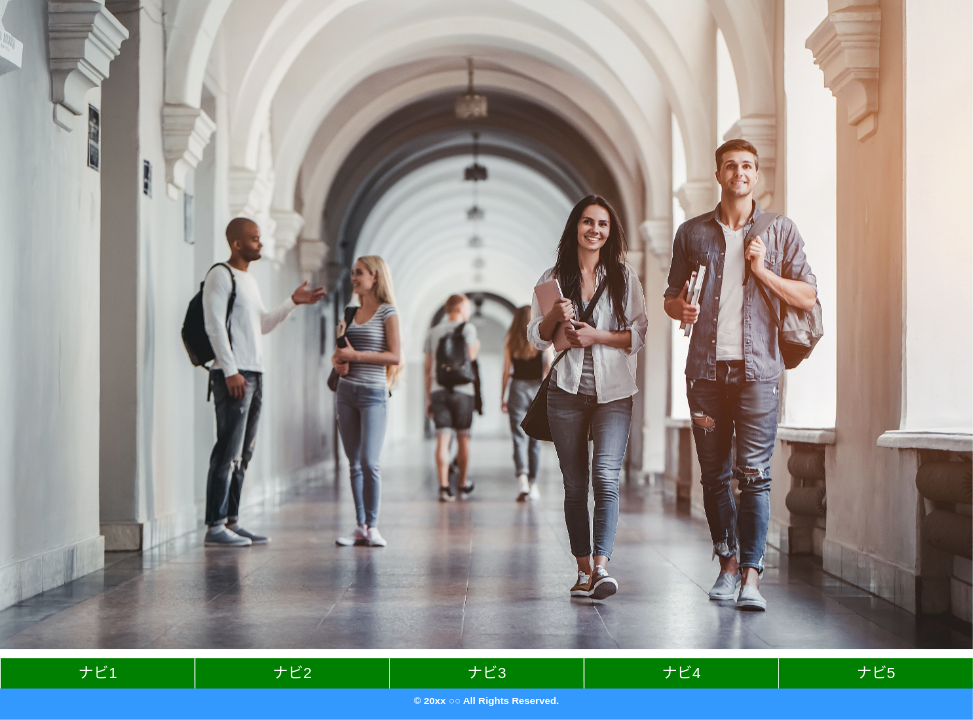
Repository: sug187/samurai_HTML-CSS
Page: html/home.html
The author's editor kept a record of every edit. The page is drawn from the files as they stood at one moment, then again after the next edit.
The browser window is 1280 px wide. The pictures show the whole page, at 76% of full size.
Pictures or frames that could not be fetched are drawn as grey boxes.

Above is the page before.

### html/home.html
<!DOCTYPE html>
<html lang="ja">
    <head>
        <meta charset="UTF-8">
        <title>HTML/CSSの学習</title>
        <link rel="stylesheet" href="stylesheet.css">
    </head>
    <body>
        <div id="header">
            <h1><a href="index.html"><img id="corridor" src="images/corridor.jpg" alt="大学の廊下" /></a></h1>
        </div>
        <div id="wrapper">
            <div id="nav">
                <ul>
                    <li><a href="home.html">ナビ1</a></li>
                    <li><a href="#">ナビ2</a></li>
                    <li><a href="#">ナビ3</a></li>
                    <li><a href="#">ナビ4</a></li>
                    <li><a href="#">ナビ5</a></li>
                </ul>
            </div>
        </div>
        <div id="footer">
            <p>&copy; 20xx ○○ All Rights Reserved.</p>
        </div>
    </body>
</html>

### html/stylesheet.css
@charset "utf-8";

body {
	margin: 0;
	padding: 0;
	font-family: "ヒラギノ角ゴ Pro W3", "Hiragino Kaku Gothic Pro", "メイリオ", Meiryo, Osaka, "ＭＳ Ｐゴシック", "MS PGothic", sans-serif;
	color: #333;
	font-size: 13px;
	line-height: 150%;
}

/* -------------------- wrapper -------------------- */
#wrapper {
    width: 100%;
    margin: auto;
    padding: 0px;
    border: 0px;
    background-color: #FFF;
    top: 10px;
    position: relative;
}

/* -------------------- header -------------------- */
#header {
    width: 100%;
}
#header h1 {
    margin: 0;
    padding: 0;
}

#corridor {
    width: 100%;
    height: auto;
}

/* -------------------- footer -------------------- */
#footer {
    clear: both;
    width: 100%;
    padding: 3px 0 3px 0;
    background: #39F;
    color: #FFF;
    font-weight: bold;
    text-align: center;
}

/* -------------------- nav -------------------- */
#nav {
	width: 100%;
}
#nav ul {
	margin: 0;
	padding: 0;
	list-style-type: none;
}
#nav ul li {
	float: left;
	width: 20%;
	text-align: center;
}
#nav ul li a {
	display: block;
	height: 20px;
	margin: 0;
	padding: 10px;
	color: #FFF;
	font-size: 20px;
	text-decoration: none;
	background-color: green;
    border-left: 1px solid white;
}

/* -------------------- container -------------------- */
#container {
	width: 100%;
	margin: auto ;
	padding: auto;
	padding-top: 20px;
	clear: both;
}
/* -------------------- main -------------------- */
#main {
    float: left;
	width: 60%;
	padding: 10px 30px 10px 10px;
}
#main h2 {
	margin: 0 0 10px 0;
	padding: 3px 10px 3px 10px;
	color: #FFF;
	font-size: 16px;
	border-left: solid 10px #C00;
	background: #F90 url(../images/main_h2.jpg) right top repeat-y;
}
#main p {
	margin: 0;
	padding: 0;
}
#main .post {
	margin: 0 0 30px 0;
}

#main .post img.right {
	margin: 0 0 0 8px;
}
#main .post img.left {
	margin: 0 8px 0 0;
}

.right {
	float: right;
	width: 40%;
	height: auto;
}
.left {
	float: left;
	width: 40%;
	height: auto;
}

/* -------------------- clearfix -------------------- */
.clearfix {
	zoom: 1;
}
.clearfix:after{
	content: "";
	display: block;
	clear: both;
}

/* -------------------- side -------------------- */
#side {
	float: right;
	width: 30%;
	padding: 20px;
	background-color: #F99;
}
#side .box {
	margin: 0 auto 30px auto;
	padding: 0 0 20px 0;
	background: url(images/side_box.png) bottom no-repeat;
}
#side .box h2 {
	margin: 0;
	padding: 8px;
	text-align: center;
	color: #fff;
	font-size: 16px;
	line-height: 16px;
	font-weight: normal;
	background: url(images/side_box_h2.png) center no-repeat;
}
#side .box .boxBody {
	padding: 8px;
	border-right: solid 1px #C36;
	border-bottom: solid 1px #C36;
	border-left: solid 1px #C36;
	background: #fff;
}
#side .box .boxBody ul {
	margin: 0 0 16px 0;
	padding: 0;
}
#side .box .boxBody ul li {
	padding: 8px 0 8px 4px;
	list-style: none;
	border-bottom: solid 1px #C36;
}

After the next edit:
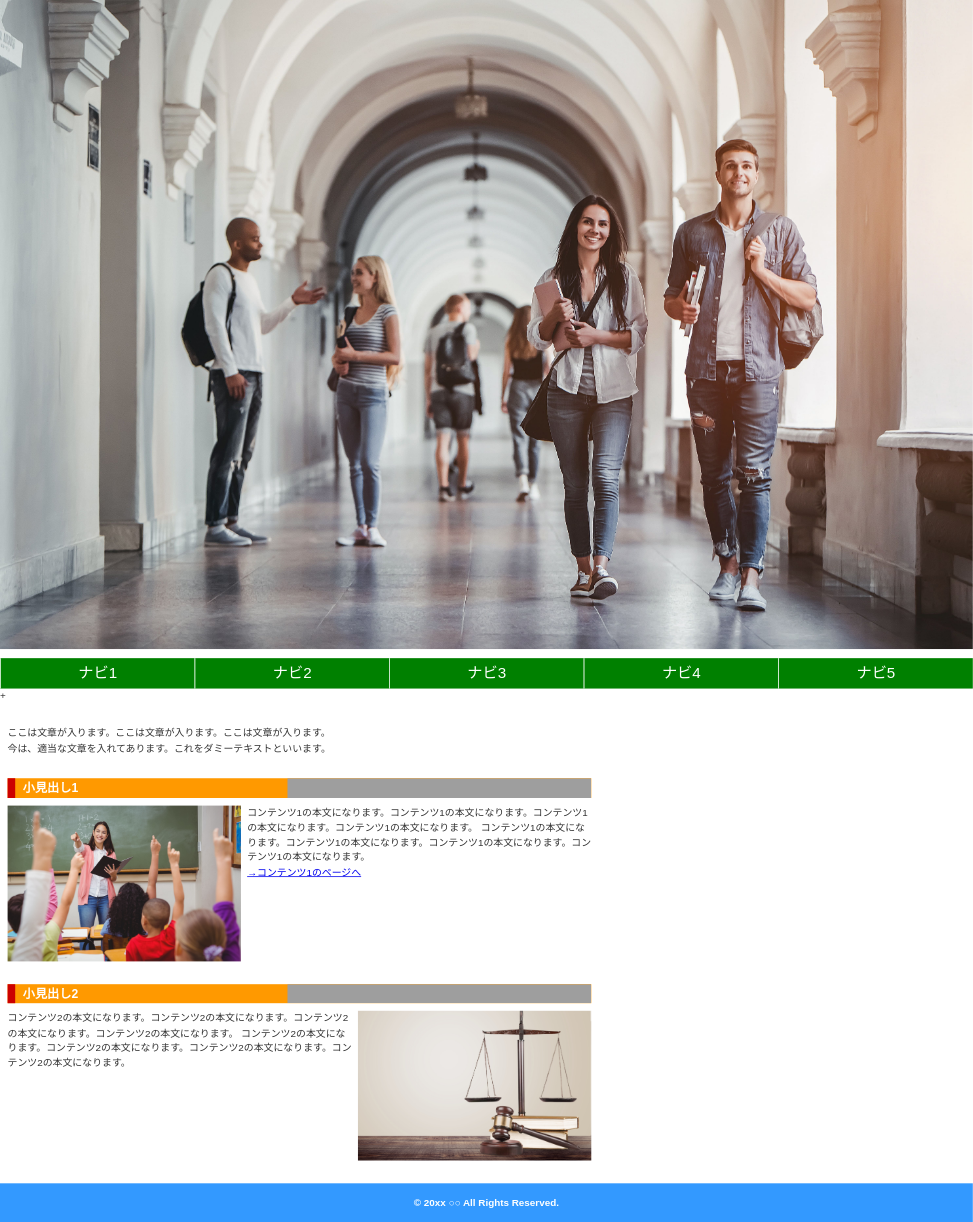
The edit:
--- a/html/home.html
+++ b/html/home.html
@@ -19,6 +19,30 @@
                     <li><a href="#">ナビ5</a></li>
                 </ul>
             </div>
+            +            <div id="container">
+                <div id="main">
+                    <div class="post">
+                        <p>ここは文章が入ります。ここは文章が入ります。ここは文章が入ります。<br />今は、適当な文章を入れてあります。これをダミーテキストといいます。</p>
+                    </div>
+                    <div class="post clearfix">
+                        <h2>小見出し1</h2>
+                        <img class="left" src="images/classroom.jpg" alt="授業風景" />
+                        <p>
+                            コンテンツ1の本文になります。コンテンツ1の本文になります。コンテンツ1の本文になります。コンテンツ1の本文になります。
+                            コンテンツ1の本文になります。コンテンツ1の本文になります。コンテンツ1の本文になります。コンテンツ1の本文になります。
+                        </p>
+                        <p><a href="#">→コンテンツ1のページへ</a></p>
+                    </div>
+                    <div class="post clearfix">
+                        <h2>小見出し2</h2>
+                        <img class="right" src="images/scale.jpg" alt="天秤" />
+                        <p>
+                            コンテンツ2の本文になります。コンテンツ2の本文になります。コンテンツ2の本文になります。コンテンツ2の本文になります。
+                            コンテンツ2の本文になります。コンテンツ2の本文になります。コンテンツ2の本文になります。コンテンツ2の本文になります。
+                        </p>
+                    </div>
+                </div>
+            </div>
         </div>
         <div id="footer">
             <p>&copy; 20xx ○○ All Rights Reserved.</p>
